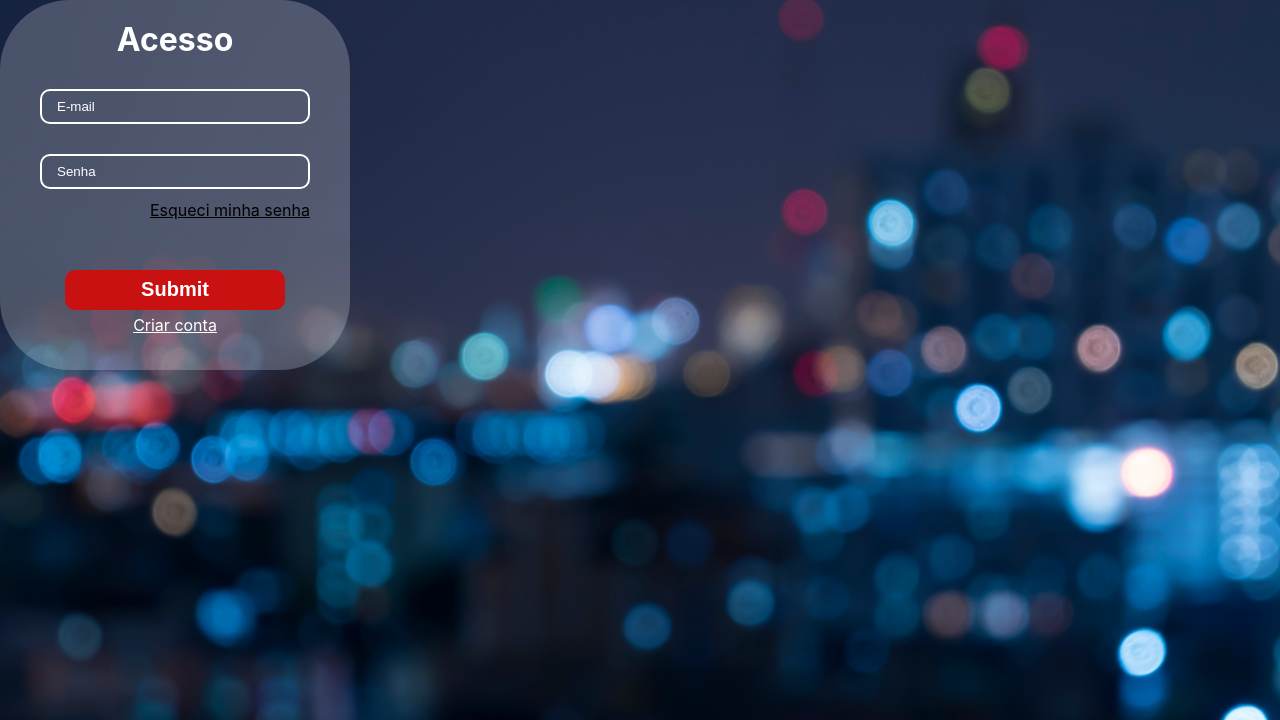
Repository: mateus-henrique-silva/Plataforma_videos_treinamento
Page: / (app in my-app/)
An editor plug-in stored every save of this project. The page is shown before and after the next save, followed by the edit.
The browser window is 1280 px wide. The pictures show the whole page.
The project was rebuilt for these pictures with package versions that can differ from the ones it lists, and the page was loaded fresh each time.

Above is the page before, as saved 2022-08-16 09:09:59.

### my-app/src/App.js
import logo from "./logo.svg";
import React from "react";
import "./App.css";
import Login from "./Pages/Login/Login"
import { BrowserRouter as Router, Routes, Route, Link } from "react-router-dom";

function App() {
  return (
    <div className="App">
      <Router>
        <Routes>
          <Route element={<Login />} path="/" />
        </Routes>
      </Router>
    </div>
  );
}

export default App;

### my-app/src/App.css
*{
  padding: 0;
  margin: 0;
  border:0;
}

### my-app/src/Pages/Login/Login.jsx
import React from "react";
import "./Login.css";
import FormLogin from '../../Components/formLogin/formLogin'

const Login = () => {
  return (
    <>
      <div className="backgound-one">
          <FormLogin/>
      </div>
    </>
  );
};

export default Login;

### my-app/src/Pages/Login/Login.css
.backgound-one{
    width:100vw;
    height:100vh;
    background: url("../../Assets//ImageBackground/Rectangle.png") fixed center no-repeat;
}

### my-app/src/Components/formLogin/formLogin.jsx
import React, { useState } from "react";
import "./formLogin.css";
import { BrowserRouter as Router, Routes, Route, Link } from "react-router-dom";

const FormLogin = () => {
  const [email, setEmail] = useState("");
  const [pass, setPass] = useState("");
  return (
    <div>
      <div className="box-login">
        <form className="formLogin">
          <h1>Acesso</h1>
          <input
            type="text"
            placeholder="E-mail"
            value={email}
            onChange={(e) => {
              setEmail(e.target.value);
            }}
          />
          <input
            type="password"
            placeholder="Senha"
            value={pass}
            onChange={(e) => {
              setPass(e.target.value);
            }}
          />
          <Link to="/">Esqueci minha senha</Link>
          <center>
            {" "}
            <input type="submit" />
          </center>
          <Link to="/">Criar conta</Link>
        </form>
      </div>
    </div>
  );
};

export default FormLogin;

### my-app/src/Components/formLogin/formLogin.css
.box-login {
  width: 350px;
  height: 370px;
  display: grid;
  background: rgba(255, 255, 255, 0.22);
  border-radius: 70px;
  justify-content: center;
  align-items: center;
}

.box-login .formLogin input[type="text"], [type="password"] {
  width: 270px;
  height: 35px;
  margin-bottom: 0;
  bottom: 0;
  margin-top: -10px;
  box-sizing: border-box;
  border: 2px solid #ffffff;
  border-radius: 10px;
  padding-left: 15px;
 background:transparent;
 color: #ffffff;
}
.box-login .formLogin input::placeholder {
    color: #ffffff;
  }
.box-login .formLogin {
  height: 100%;
  width: 350px;
  color: #ffffff;
  justify-content: center;
  align-items: center;
  display: grid;
}
.box-login .formLogin a{
    color: black;
    margin-top: -40px;
    display:flex;
    justify-content:flex-end;
}

.box-login .formLogin a:last-child{
    color: white;
    margin-top: -50px;
    display:flex;
    justify-content:center;
}

.box-login .formLogin h1 {
    text-align: center;
  }
.box-login .formLogin input[type="submit"] {
    width: 220px;
    height: 40px;
    margin-bottom: 0;
    bottom: 0;
    font-size: 20px;
    font-weight: 700;

    box-sizing: border-box;
    cursor: pointer;
    border-radius: 10px;

    background: #C91111;
   color: #ffffff;
  }

Loaded but not shown: my-app/public/index.html (common file); my-app/src/index.js (common file); my-app/src/index.css (common file); my-app/src/reportWebVitals.js (common file)

After the next save:
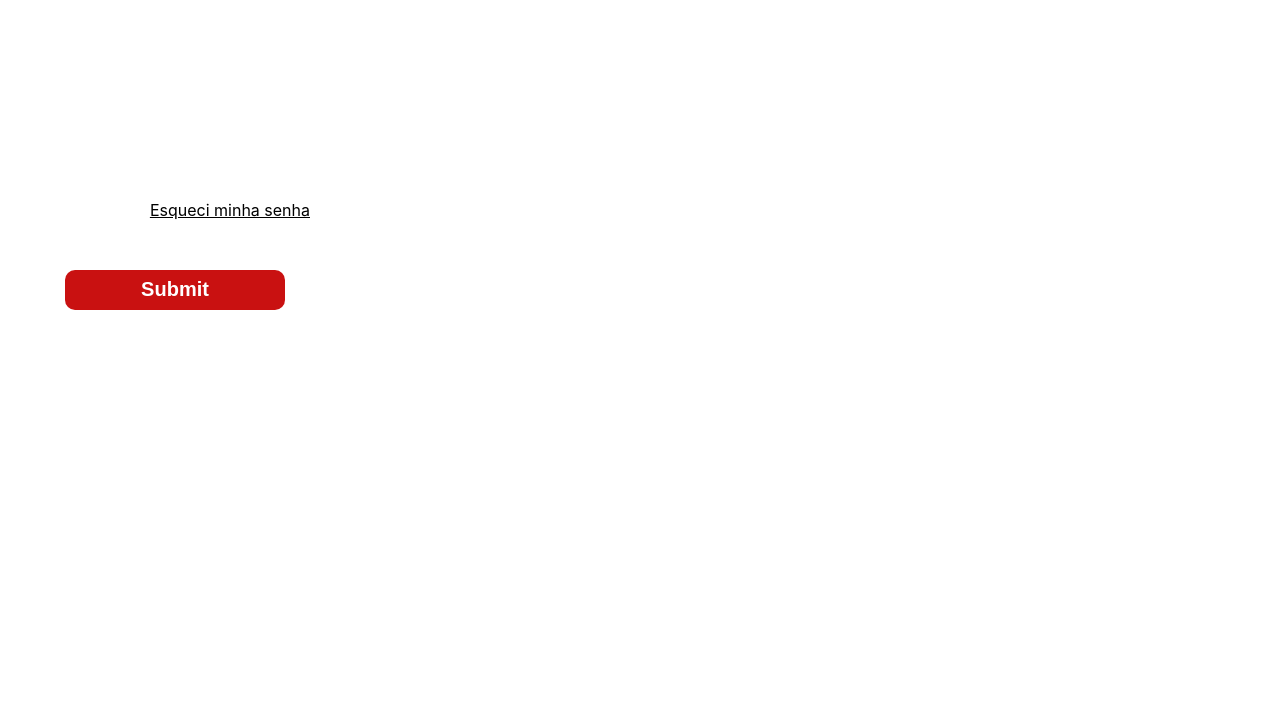
Saved 46 s later.
--- a/my-app/src/Pages/Login/Login.css
+++ b/my-app/src/Pages/Login/Login.css
@@ -1,5 +1,6 @@
 .backgound-one{
     width:100vw;
     height:100vh;
+    disp
     background: url("../../Assets//ImageBackground/Rectangle.png") fixed center no-repeat;
 }

After the save that followed:
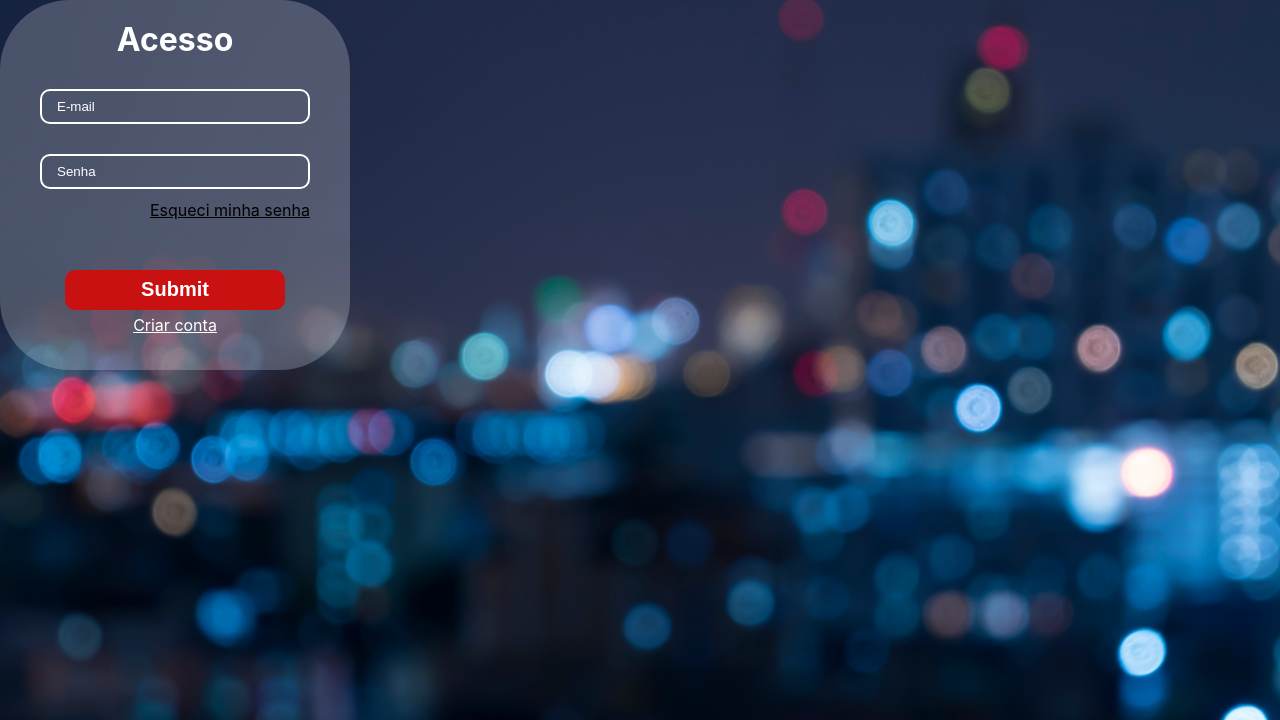
Saved 4 s later.
--- a/my-app/src/Pages/Login/Login.css
+++ b/my-app/src/Pages/Login/Login.css
@@ -1,6 +1,6 @@
 .backgound-one{
     width:100vw;
     height:100vh;
-    disp
+    display:flex;
     background: url("../../Assets//ImageBackground/Rectangle.png") fixed center no-repeat;
 }
